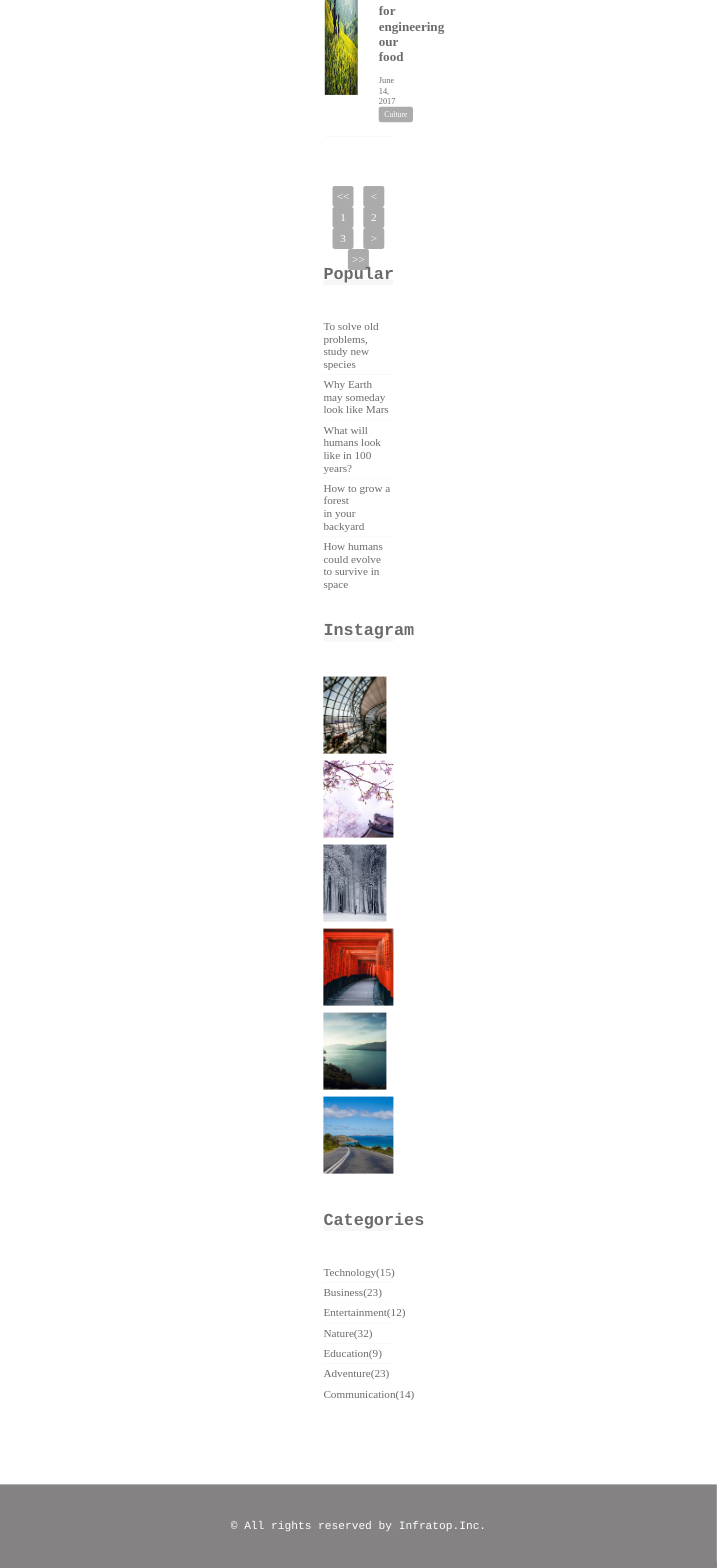
Repository: pureforest/html
Page: caravan/index.html
The author's editor kept a record of every edit. The page is drawn from the files as they stood at one moment, then again after the next edit.
The browser window is 1024 px wide. The pictures show the part of the page from y = 1762 to 4002 px (the page is 4002 px tall), at 70% of full size.
Some web libraries are served in a nearby version.

Above is the page before.

After the next edit:
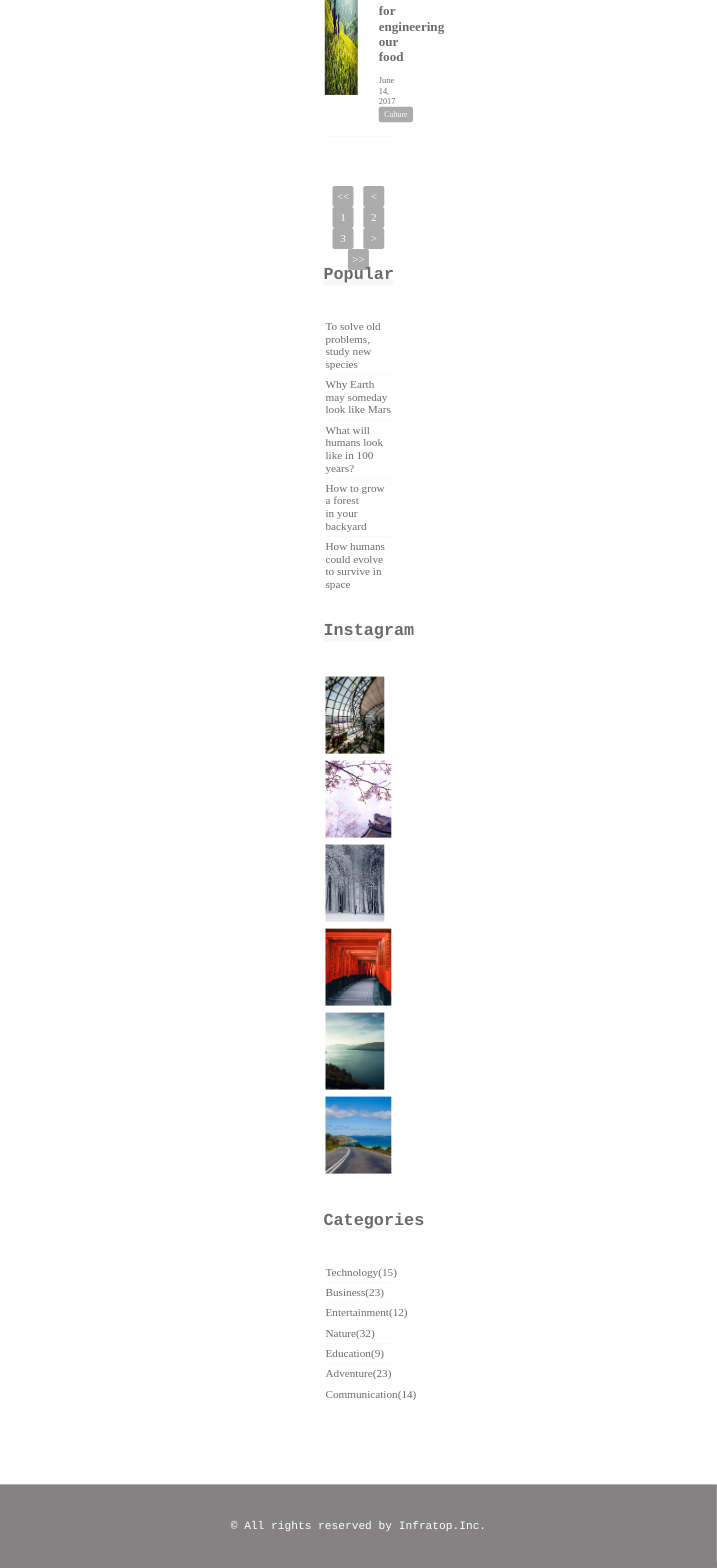
The edit:
--- a/caravan/style.css
+++ b/caravan/style.css
@@ -280,7 +280,8 @@
 }
 
 .sidebar-contents {
-  padding: 50px 0;
+  padding-left: 3%;
+  padding-right: 3%;
 }
 
 .popular-text,
